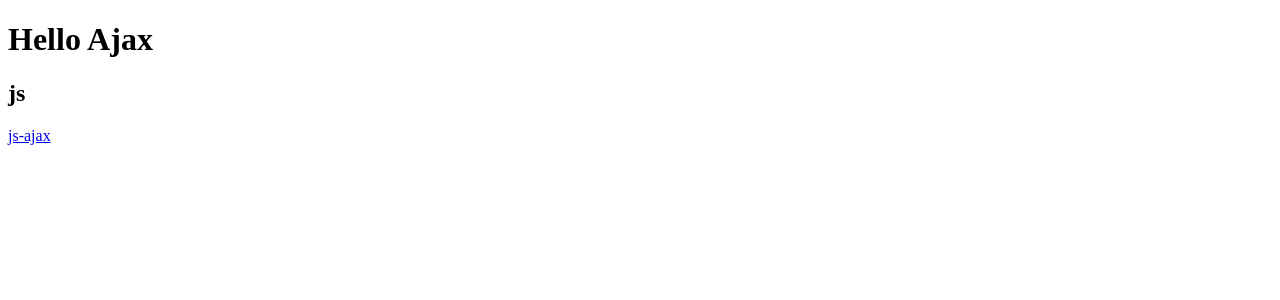
Repository: sim8191/ServletWorkspace
Page: 03_ajax/src/main/webapp/index.html
An editor plug-in stored every save of this project. The page is shown before and after the next save, followed by the edit.
The browser window is 1280 px wide. The pictures show the whole page.

Above is the page before, as saved 2026-02-23 05:27:28.

After the next save:
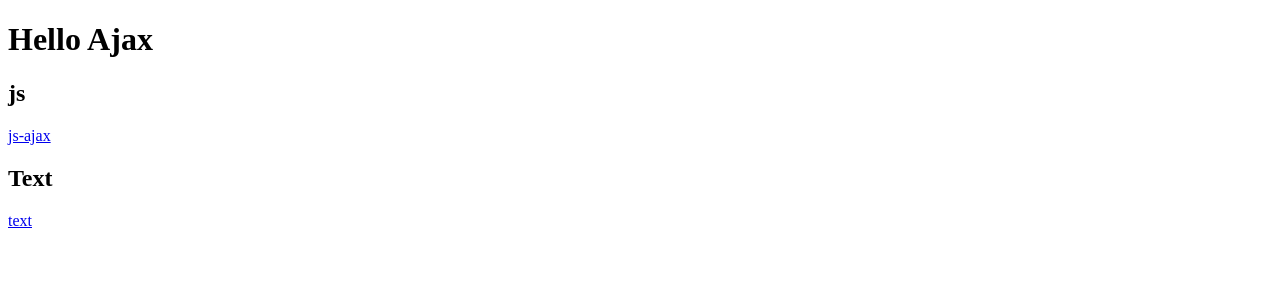
Saved 3 min 18 s later.
--- a/03_ajax/src/main/webapp/index.html
+++ b/03_ajax/src/main/webapp/index.html
@@ -9,8 +9,8 @@
 	<h2>js</h2>
 	<a href="/ajax/js/ajax.jsp">js-ajax</a>
 
-
-
+	<h2>Text</h2>
+	<a href="/ajax/text/text.html">text</a>
 
 
 
